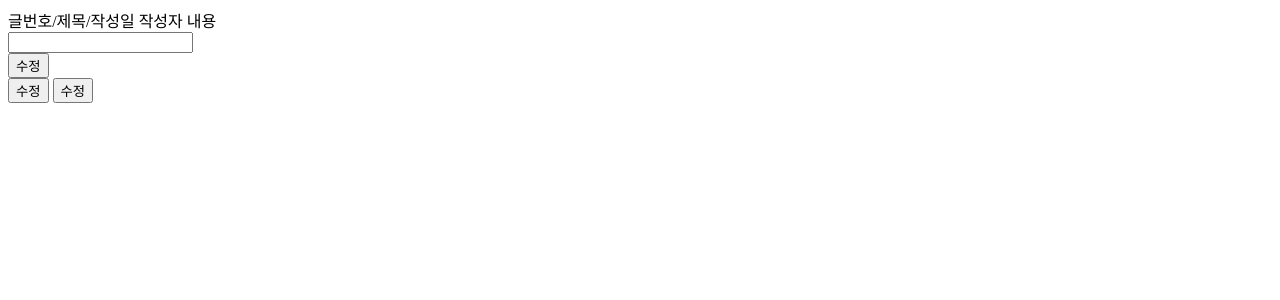
Repository: SeungwanHong/Web-jsp-
Page: http://localhost/Board2_20170406/form/board_content.jsp
The author's editor kept a copy of each file at every save. The page is drawn from the files as they stood at one save, then again after a run of saves.
The browser window is 1280 px wide. The pictures show the whole page.
The page is served by Tomcat 9. Other server files are loaded and not shown.

Above is the page before, as saved 2017-04-07 08:03:20.

### Board2_20170406/WebContent/form/board_content.jsp
<%@page import="hsw.comm.Url"%>
<%@ page language="java" contentType="text/html; charset=EUC-KR"
    pageEncoding="EUC-KR"%>
<!DOCTYPE html PUBLIC "-//W3C//DTD HTML 4.01 Transitional//EN" "http://www.w3.org/TR/html4/loose.dtd">
<html>
<head>
<meta http-equiv="Content-Type" content="text/html; charset=EUC-KR">
<title>board content page</title>
</head>
<body>
글번호/제목/작성일
작성자
내용
<form action="<%= Url.URL_FULL_BOARDCONTENT %>">
	<input>
</form>
<form action="<%= Url.URL_FULL_BOARDCONTENT %>">
<input type="submit" value="수정">
</form>
<input type="submit" value="수정">
</form>
<input type="submit" value="수정">
</body>
</body>
</html>

After the next 2 saves:
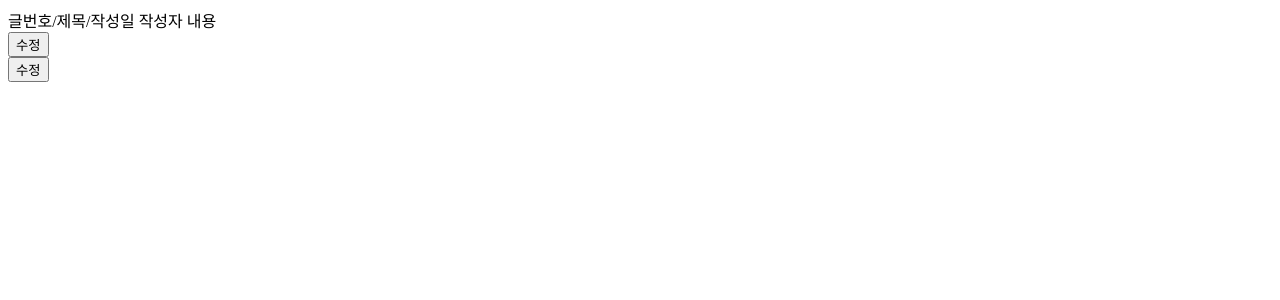
The 2 saves are shown as one change because they came seconds apart.
The last was saved 16 s later.
--- a/Board2_20170406/WebContent/form/board_content.jsp
+++ b/Board2_20170406/WebContent/form/board_content.jsp
@@ -12,14 +12,11 @@
 작성자
 내용
 <form action="<%= Url.URL_FULL_BOARDCONTENT %>">
-	<input>
+	<input type="submit" value="수정">
 </form>
 <form action="<%= Url.URL_FULL_BOARDCONTENT %>">
-<input type="submit" value="수정">
-</form>
-<input type="submit" value="수정">
+
 </form>
 <input type="submit" value="수정">
 </body>
-</body>
 </html>
